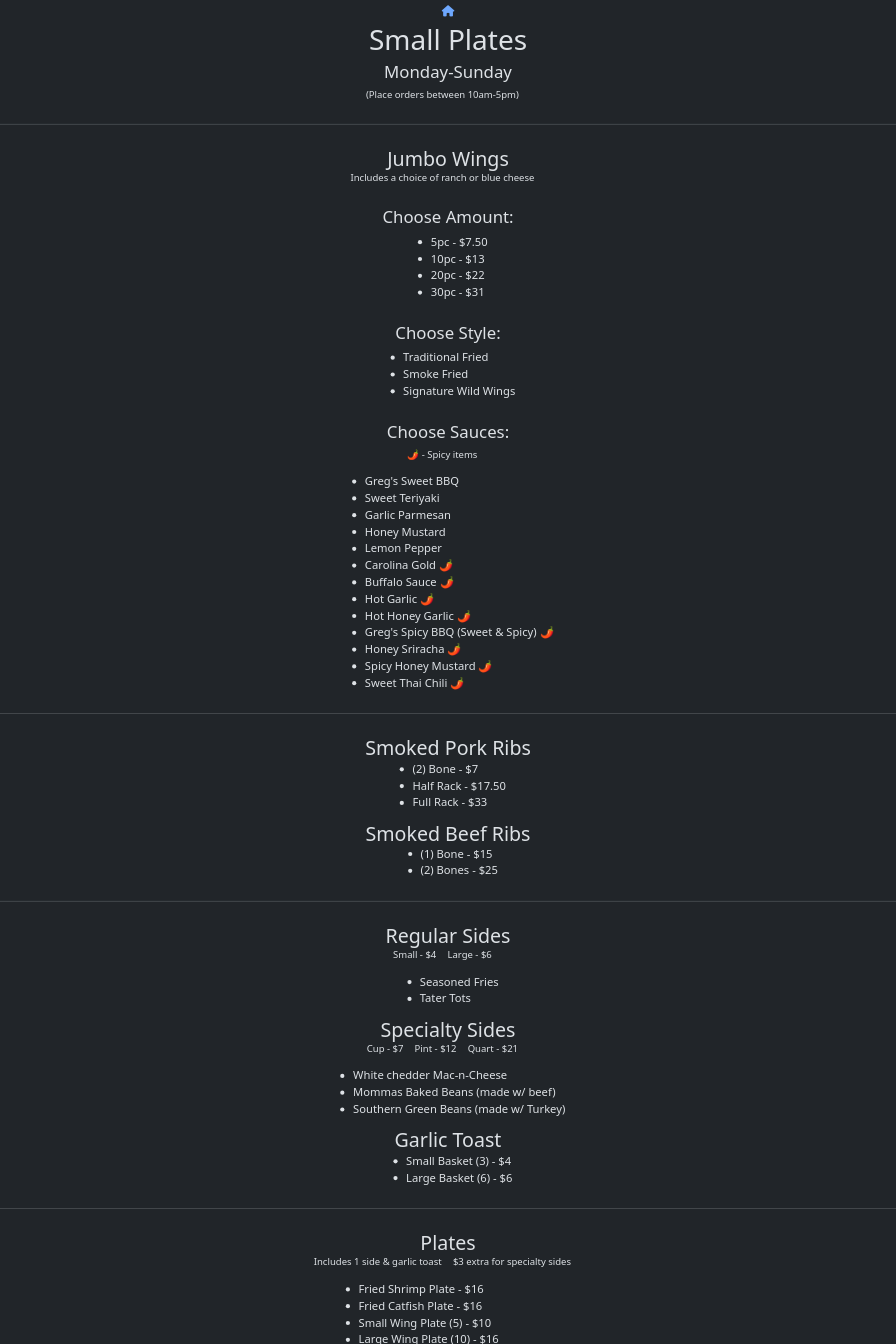
Repository: dukedward/smokehousemenu
Page: plates/index.html
These files come from the project's save history. The page is drawn as it stood at one moment and after the next save; the edit follows.
The browser window is 1280 px wide. The pictures show the part of the page from y = 0 to 1920 px (the page is 2716 px tall before and 720 px after), at 70% of full size.
Some web libraries are served in a nearby version.

Above is the page before, as saved 2023-03-06 16:57:48.

### plates/index.html
<!DOCTYPE html>
<html lang="en" data-bs-theme="dark">
<head>
    <meta charset="UTF-8">
    <meta http-equiv="X-UA-Compatible" content="IE=edge">
    <meta name="viewport" content="width=device-width, initial-scale=1.0">
    <link rel="stylesheet" href="https://cdnjs.cloudflare.com/ajax/libs/font-awesome/6.3.0/css/all.min.css" integrity="sha512-SzlrxWUlpfuzQ+pcUCosxcglQRNAq/DZjVsC0lE40xsADsfeQoEypE+enwcOiGjk/bSuGGKHEyjSoQ1zVisanQ==" crossorigin="anonymous" referrerpolicy="no-referrer" />
    <link href="https://cdn.jsdelivr.net/npm/bootstrap@5.3.0-alpha1/dist/css/bootstrap.min.css" rel="stylesheet" integrity="sha384-GLhlTQ8iRABdZLl6O3oVMWSktQOp6b7In1Zl3/Jr59b6EGGoI1aFkw7cmDA6j6gD" crossorigin="anonymous">
    <link rel="stylesheet" href="../style.css" />
    <link rel="shortcut icon" href="../images/favicon.ico" type="image/x-icon">
    <title>Small Plates</title>
</head>
<body>
    <div class="title">
        <a href="/">
            <i class="fa-solid fa-house mt-2 mb-2"></i>
        </a>
        <h1>Small Plates</h1>
        <h4>Monday-Sunday</h4>
        <p>(Place orders between 10am-5pm)</p>
    </div>
    <hr>
    <div class="sections">
        <div class="sect">
            <h3>Jumbo Wings</h3>
            <div class="desc">
                <p>Includes a choice of ranch or blue cheese</p>
            </div>
            <div class="sub-sect">
                <h4>Choose Amount:</h4>
                <ul>
                    <li>5pc - $7.50</li>
                    <li>10pc - $13</li>
                    <li>20pc - $22</li>
                    <li>30pc - $31</li>
                </ul>
            </div>
            <div class="sub-sect">
                <h4>Choose Style:</h4>
                <ul>
                    <li>Traditional Fried</li>
                    <li>Smoke Fried</li>
                    <li>Signature Wild Wings</li>
                </ul>
            </div>
            <div class="sub-sect">
                <h4>Choose Sauces:</h4>
                <div class="desc">
                    <p>🌶️ - Spicy items</p>
                </div>
                <ul>
                    <li>Greg's Sweet BBQ</li>
                    <li>Sweet Teriyaki</li>
                    <li>Garlic Parmesan</li>
                    <li>Honey Mustard</li>
                    <li>Lemon Pepper</li>
                    <li>Carolina Gold 🌶️</li>
                    <li>Buffalo Sauce 🌶️</li>
                    <li>Hot Garlic 🌶️</li>
                    <li>Hot Honey Garlic 🌶️</li>
                    <li>Greg's Spicy BBQ (Sweet & Spicy) 🌶️</li>
                    <li>Honey Sriracha 🌶️</li>
                    <li>Spicy Honey Mustard 🌶️</li>
                    <li>Sweet Thai Chili 🌶️</li>
                </ul>
            </div>
        </div>
        <hr>
        <div class="sect">
            <h3>Smoked Pork Ribs</h3>
            <ul>
                <li>(2) Bone - $7</li>
                <li>Half Rack - $17.50</li>
                <li>Full Rack - $33</li>
            </ul>
            <h3>Smoked Beef Ribs</h3>
            <ul>
                <li>(1) Bone - $15</li>
                <li>(2) Bones - $25</li>
            </ul>
        </div>
        <hr>
        <div class="sect">
            <h3>Regular Sides</h3>
            <div class="desc">
                <p>Small - $4</p>
                <p>Large - $6</p>
            </div>
            <ul>
                <li>Seasoned Fries</li>
                <li>Tater Tots</li>
            </ul>
            <h3>Specialty Sides</h3>
            <div class="desc">
                <p>Cup - $7</p>
                <p>Pint - $12</p>
                <p>Quart - $21</p>
            </div>
            <ul>
                <li>White chedder Mac-n-Cheese</li>
                <li>Mommas Baked Beans (made w/ beef)</li>
                <li>Southern Green Beans (made w/ Turkey)</li>
            </ul>
            <h3>Garlic Toast</h3>
            <ul>
                <li>Small Basket (3) - $4</li>
                <li>Large Basket (6) - $6</li>
            </ul>
        </div>
        <hr>
        <div class="sect">
            <h3>Plates</h3>
            <div class="desc">
                <p>Includes 1 side & garlic toast</p>
                <p>$3 extra for specialty sides</p>
            </div>
            <ul>
                <li>Fried Shrimp Plate - $16</li>
                <li>Fried Catfish Plate - $16</li>
                <li>Small Wing Plate (5) - $10</li>
                <li>Large Wing Plate (10) - $16</li>
                <li>Chicken Finger Plate (4) - $12</li>
                <li>BBQ Chicken Plate (Leg & Thigh) - $11</li>
                <li>Fried Chicken Plate (Leg & Thigh) - $12</li>
                <li>Pulled Pork (1/2 lb) - $13</li>
                <li>Pork Rib Plate (4) - $15</li>
                <li>Beef Short Rib Plate (1/2 lb) - $20</li>
                <li>Smoked Sausage (1 lb Sliced) - $12</li>
            </ul>
        </div>
        <hr>
        <div class="sect">
            <h3>Sandwiches</h3>
            <div class="desc">
                <p>Includes one side</p>
            </div>
            <ul>
                <li>Chicken Sandwich - $13</li>
                <li>Short Rib Sandwich - $18</li>
                <li>Sausage & Peppers Pork - $15</li>
                <li>Cheese Burger - $11</li>
            </ul>
            <h3>Sliders</h3>
            <div class="desc">
                <p>Includes one side and sauce of choice</p>
            </div>
            <ul>
                <li>Chicken Sliders - $12</li>
                <li>Pulled Pork Sliders - $14</li>
                <li>Beef Short Rib Sliders - $16</li>
                <li>Mix-n-Match Sliders - $15</li>
            </ul>
        </div>
        <hr>
        <div class="sect">
            <h3>Add Ons</h3>
            <ul>
                <li>Side Shrimp (1/4 lb) - $7</li>
                <li>Catfish (1) - $7</li>
                <li>Chicken Finger (1) - $3</li>
                <li>Pork Sausage (1) - $7</li>
            </ul>
        </div>
    </div>
    <div class="bottom"></div>
    <script src="https://cdn.jsdelivr.net/npm/bootstrap@5.3.0-alpha1/dist/js/bootstrap.bundle.min.js" integrity="sha384-w76AqPfDkMBDXo30jS1Sgez6pr3x5MlQ1ZAGC+nuZB+EYdgRZgiwxhTBTkF7CXvN" crossorigin="anonymous"></script>
    <script src="../script.js"></script>
</body>
</html>

### style.css
.container {
    height: 100vh;
}

.title {
	display: flex;
	flex-direction: column;
	justify-content: center;
	align-items: center;
}

.sections {
	display: grid;
}

.sect, .sub-sect {
	display: flex;
	flex-direction: column;
	justify-content: left;
	align-items: center;
	margin-top: 1rem;
}

.sect h2,h3 {
    margin-bottom: 0;
}

.desc {
    display: flex;
    flex-direction: row;
    justify-content: space-between;
}

.desc p,.title p {
    padding-right: 1rem;
    font-size: .85rem;
}

### script.js
// Collecting DOM Elements
const bottom = document.querySelector('.bottom');
const sections = document.querySelector('.sections');

// API Data
let data = []
async function fetchJSON(path) {
    const res = await fetch(path);
    const json = await res.json();
    for ( let el of json) {
        data.push(el)
    }
    return data
}
const categories = fetchJSON('../testData/categories.json')
const products = fetchJSON('../testData/products.json')
const subCategories = fetchJSON('../testData/subCategories.json')
console.log();

document.body.onload = addSection;

function addSection() {
    let catName, subCatName, prodName = ''
    for(i=0; i < categories.length; i++) {
            catName = categories[i].name;
            // create a new div element
            const lineBreak = document.createElement("hr");
            const newDiv = document.createElement("div");
            newDiv.className = "sect";

            // and give it some content
            // Section Title
            const newSectTitle = document.createElement("h3");
            newSectTitle.innerHTML = catName;

            // Section Description
            console.log(categories[i].description.length);
            const newDesc = document.createElement("div");
            newDesc.className = "desc";
            for(e=0; e < categories[i].description.length; e++ ) {
                const newDescText = document.createElement("p");
                newDescText.innerHTML = categories[i].description[i].text;
                // console.log(categories[i].description[i].text);
                newDesc.appendChild(newDescText);
            }

            if(categories[i].hasSubSection === true) {
                for (s=0; s < subCategories.length; s++) {
                    subCatName = subCategories[s].category.name
                    if (catName === subCatName) {
                        // Sub Section
                        const newSubSect = document.createElement("div");
                        newSubSect.className = "sub-sect";

                        // Sub Section Title
                        const newSubSectTitle = document.createElement("h4");
                        newSubSectTitle.innerHTML = subCategories[s].name;

                        // Sub Section Description
                        const newSubSectDesc = document.createElement('div');
                        newSubSectDesc.className = "desc";
                        for (d=0; d < subCategories[s].description.length; d++) {
                            const newSubSectDescText = document.createElement("p");
                            newSubSectDescText.innerHTML = subCategories[s].description[d].text;
                            newSubSectDesc.appendChild(newSubSectDescText);

                        }

                            // Sub Section List
                            const newSubSectList = document.createElement('ul');
                            for (p=0; p < products.length; p++) {
                                prodName = products[p].category.name
                                if (catName === prodName) {
                                    const newSubSectListItem = document.createElement('li');
                                    newSubSectListItem.innerHTML = products[p].name
                                    newSubSectList.appendChild(newSubSectListItem)
                                }
                            // Appending all elements to Sub Section
                            newSubSect.appendChild(newSubSectTitle)
                            newSubSect.appendChild(newSubSectDesc)
                            newSubSect.appendChild(newSubSectList)

                            // Appending all elements to Parent Div
                            newDiv.appendChild(newSectTitle);
                            newDiv.appendChild(newDesc);
                            newDiv.appendChild(newSubSect)
                        }
                    }
                }
            } else {
                //  Section List
                const newSectList = document.createElement('ul');
                for (p=0; p < products.length; p++) {
                    const newSectListItem = document.createElement('li');
                    newSectListItem.innerHTML = products[p].name
                    newSectList.appendChild(newSectListItem)
                }

                // Appending all elements to Parent Div
                newDiv.appendChild(newSectTitle);
                newDiv.appendChild(newDesc);
                newDiv.appendChild(newSectList)
            }

            // add the newly created element and its content into the DOM
            document.body.insertBefore(lineBreak, bottom)
            document.body.insertBefore(newDiv, bottom)
            }
}

### testData/categories.json
[
  {
    "name": "Jumbo Wings",
    "hasSubSection": true,
    "description": [
      {
        "text": "Includes a choice of ranch or blue cheese"
      }
    ]
  },
  {
    "name": "Sides",
    "hasSubSection": true,
    "description": []
  }
]

### testData/products.json
[
  {
    "name": "Greg's Spicy BBQ (Sweet & Spicy) 🌶️",
    "image": "",
    "price": 0,
    "category": {
      "_id": "640533ab345c72c36a197c35",
      "name": "Jumbo Wings"
    }
  },
  {
    "name": "Seasoned Fries",
    "image": "",
    "price": 0,
    "category": {
      "_id": "87689736897163987",
      "name": "Sides"
    }
  },
  {
    "name": "Tater Tots",
    "image": "",
    "price": 0,
    "category": {
      "_id": "87689736897163987",
      "name": "Sides"
    }
  }
]

### testData/subCategories.json
[
  {
    "name": "Choose Sauces",
    "description": [
      {
        "text": "🌶️ - Spicy Items"
      }
    ],
    "category": {
      "_id": "640533ab345c72c36a197c35",
      "name": "Jumbo Wings"
    }
  },
  {
    "name": "Regular Sides",
    "description": [
      {
        "text": "Small - $4"
      },
      {
        "text": "Large - $6"
      }
    ],
    "category": {
      "_id": "87689736897163987",
      "name": "Sides"
    }
  }
]

After the next save:
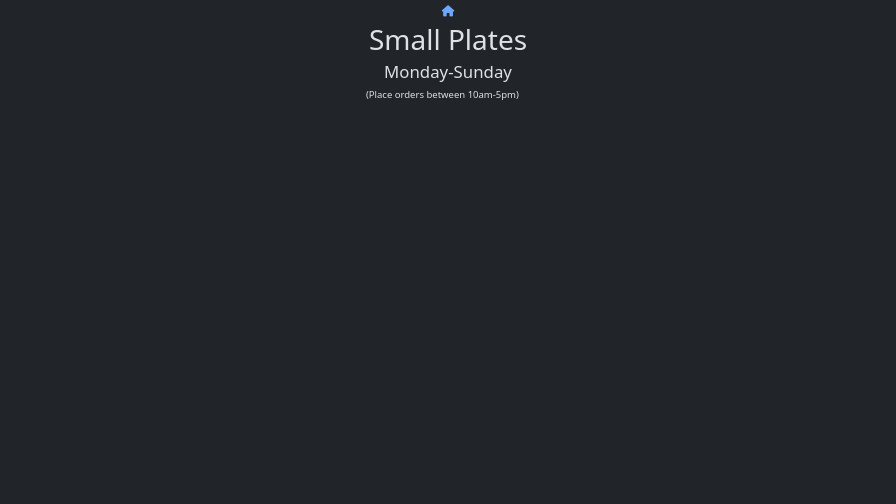
Saved 48 s later.
--- a/plates/index.html
+++ b/plates/index.html
@@ -19,7 +19,7 @@
         <h4>Monday-Sunday</h4>
         <p>(Place orders between 10am-5pm)</p>
     </div>
-    <hr>
+    <!-- <hr>
     <div class="sections">
         <div class="sect">
             <h3>Jumbo Wings</h3>
@@ -161,7 +161,7 @@
                 <li>Pork Sausage (1) - $7</li>
             </ul>
         </div>
-    </div>
+    </div> -->
     <div class="bottom"></div>
     <script src="https://cdn.jsdelivr.net/npm/bootstrap@5.3.0-alpha1/dist/js/bootstrap.bundle.min.js" integrity="sha384-w76AqPfDkMBDXo30jS1Sgez6pr3x5MlQ1ZAGC+nuZB+EYdgRZgiwxhTBTkF7CXvN" crossorigin="anonymous"></script>
     <script src="../script.js"></script>
